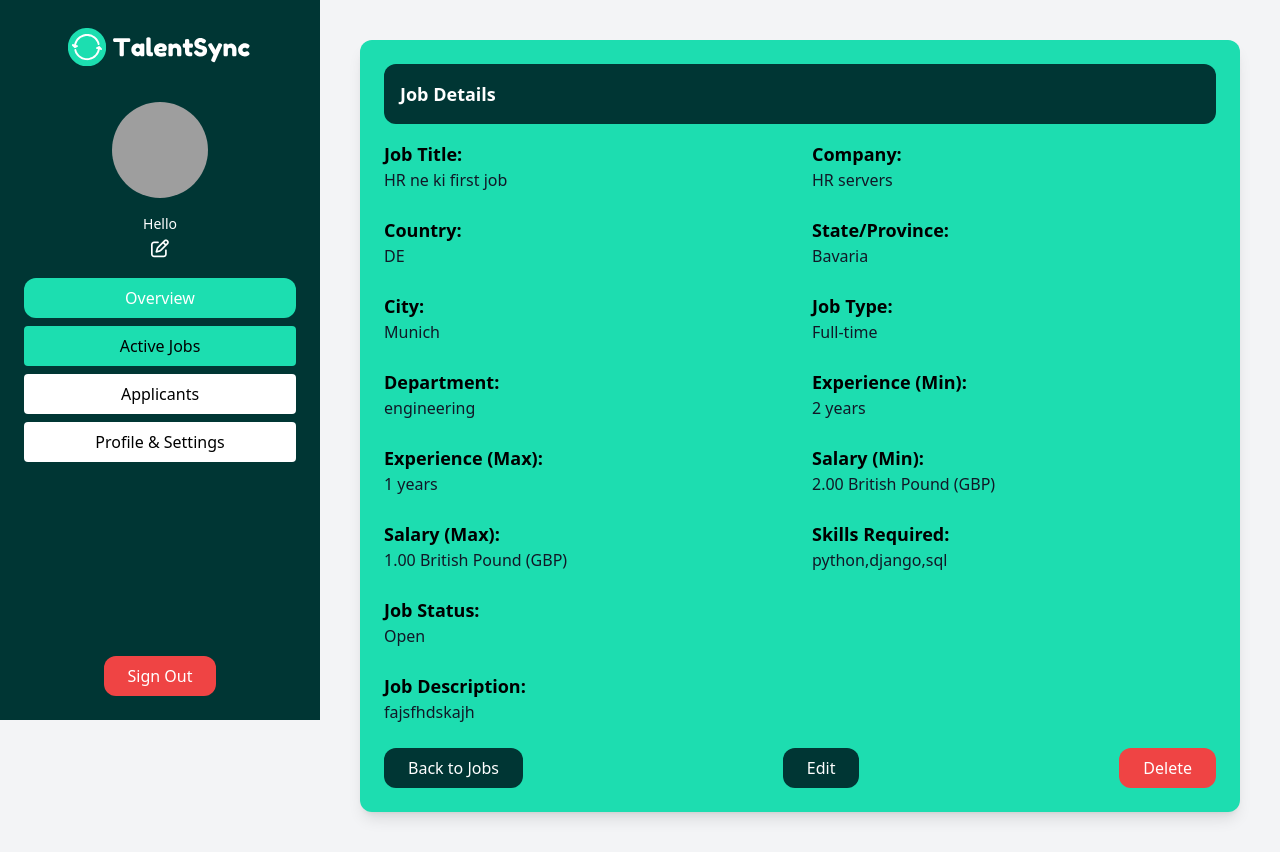
Repository: AbdullahScriptStudio/TalentSync
Page: http://localhost/recruiter/jobs/description/7/
The author's editor kept a copy of each file at every save. The page is drawn from the files as they stood at one save, then again after the next save.
The browser window is 1280 px wide. The pictures show the whole page.
Pictures or frames that could not be fetched are drawn as grey boxes. Some web libraries are served in a nearby version. The page is served by the project's application, run on Django 5.2 (manage.py). The first stored user is signed in. Other server files are loaded and not shown. The page reads the database file committed with the project.

Above is the page before, as saved 2025-03-26 23:16:11.

### recruiter/templates/recruiter/job_description.html
<!DOCTYPE html>
<html lang="en">
{% load static %}

<head>
    <meta charset="UTF-8">
    <meta name="viewport" content="width=device-width, initial-scale=1.0">
    <script src="https://cdn.tailwindcss.com"></script>
    <link rel="stylesheet" href="https://cdnjs.cloudflare.com/ajax/libs/font-awesome/6.0.0-beta3/css/all.min.css">
    <title>Job Description</title>
</head>

<body class="bg-gray-100">
    <div class="flex min-h-screen">
        <!-- Sidebar -->
        <div class="bg-[#003634] text-white w-1/4 p-6 flex flex-col items-center fixed h-full">
            <div class="flex items-center mb-8">
                <img alt="TalentSync logo" class="w-48 h-auto" src="{% static 'images/logo.svg' %}" />
            </div>
            <img alt="Profile picture" class="w-24 h-24 rounded-full mb-4" src="{% static 'images/dog-profile.svg' %}" />
            <div class="text-center mb-4">
                <p class="text-sm">Hello</p>
                <p class="text-lg">{{ user.first_name }} {{ user.last_name }} <i class="fa-regular fa-pen-to-square"></i></p>
            </div>
            <nav class="flex flex-col w-full">
                <a href="{% url 'recruiter_dashboard' %}" class="bg-[#1cdeb0] text-white py-2 px-4 rounded-xl mb-2 text-center">Overview</a>
                <a href="{% url 'job_list' %}" class="bg-[#1cdeb0] text-black py-2 px-4 rounded mb-2 text-center">Active Jobs</a>
                <a href="#" class="bg-white text-black py-2 px-4 rounded mb-2 text-center">Applicants</a>
                <a href="#" class="bg-white text-black py-2 px-4 rounded mb-2 text-center">Profile &amp; Settings</a>
            </nav>
            <a href="{% url 'user_logout' %}" class="mt-auto bg-red-500 py-2 px-6 rounded-xl">Sign Out</a>
        </div>

        <!-- Main Content -->
        <div class="flex-1 p-10 ml-[25%] overflow-y-auto">
            <div class="bg-[#1dddb0] p-6 rounded-xl shadow-lg">
                <h2 class="text-lg font-bold mb-4 bg-[#003634] text-white p-4 rounded-xl">Job Details</h2>

                <!-- Job Information -->
                <div class="grid grid-cols-1 md:grid-cols-2 gap-6">
                    <div><label class="block text-lg font-semibold">Job Title:</label> <p class="text-gray-900">{{ job.title }}</p></div>
                    <div><label class="block text-lg font-semibold">Company:</label> <p class="text-gray-900">{{ job.company }}</p></div>
                    <div><label class="block text-lg font-semibold">Country:</label> <p class="text-gray-900">{{ job.country }}</p></div>
                    <div><label class="block text-lg font-semibold">State/Province:</label> <p class="text-gray-900">{{ job.state_province }}</p></div>
                    <div><label class="block text-lg font-semibold">City:</label> <p class="text-gray-900">{{ job.city }}</p></div>
                    <div><label class="block text-lg font-semibold">Job Type:</label> <p class="text-gray-900">{{ job.get_job_type_display }}</p></div>
                    <div><label class="block text-lg font-semibold">Department:</label> <p class="text-gray-900">{{ job.department }}</p></div>
                    <div><label class="block text-lg font-semibold">Experience (Min):</label> <p class="text-gray-900">{{ job.min_experience }} years</p></div>
                    <div><label class="block text-lg font-semibold">Experience (Max):</label> <p class="text-gray-900">{{ job.max_experience }} years</p></div>
                    <div><label class="block text-lg font-semibold">Salary (Min):</label> <p class="text-gray-900">{{ job.min_salary }} {{ job.get_salary_currency_display }}</p></div>
                    <div><label class="block text-lg font-semibold">Salary (Max):</label> <p class="text-gray-900">{{ job.max_salary }} {{ job.get_salary_currency_display }}</p></div>
                    <div><label class="block text-lg font-semibold">Skills Required:</label> <p class="text-gray-900">{{ job.skills_required }}</p></div>
                    <div><label class="block text-lg font-semibold">Job Status:</label> <p class="text-gray-900">{{ job.get_status_display }}</p></div>
                    <div class="col-span-2"><label class="block text-lg font-semibold">Job Description:</label> <p class="text-gray-900">{{ job.job_description }}</p></div>
                </div>

                <div class="flex justify-between mt-6">
                    <a href="{% url 'job_list' %}" class="bg-[#003634] text-white py-2 px-6 rounded-xl">Back to Jobs</a>
                    <a href="{% url 'job_edit' job.id %}" class="bg-[#003634] text-white py-2 px-6 rounded-xl">Edit</a>
                    <button onclick="showDeletePopup()" class="bg-red-500 text-white py-2 px-6 rounded-xl">Delete</button>
                </div>
            </div>
        </div>
    </div>

    <!-- Delete Confirmation Popup -->
    <div id="deletePopup" class="fixed inset-0 bg-gray-500 bg-opacity-50 flex justify-center items-center hidden">
        <div class="bg-white p-6 rounded-xl w-1/3 shadow-lg">
            <h3 class="text-lg font-bold text-gray-900">Are you sure you want to delete this job?</h3>
            <form id="deleteForm" method="POST" action="{% url 'job_delete' job.id %}">
                {% csrf_token %}
                <div class="flex justify-between mt-6">
                    <button type="submit" class="bg-red-500 text-white py-2 px-6 rounded-xl">Yes</button>
                    <button type="button" onclick="closeDeletePopup()" class="bg-[#003634] text-white py-2 px-6 rounded-xl">Cancel</button>
                </div>
            </form>
        </div>
    </div>

    <script>
        function showDeletePopup() {
            document.getElementById('deletePopup').classList.remove('hidden');
        }

        function closeDeletePopup() {
            document.getElementById('deletePopup').classList.add('hidden');
        }
    </script>
</body>
</html>

### people/models.py
from django.contrib.auth.models import AbstractUser
from django.db import models

class CustomUser(AbstractUser):
    USER_ROLES = [
        ('recruiter', 'Recruiter'),
        ('applicant', 'Applicant'),
    ]

    role = models.CharField(max_length=10, choices=USER_ROLES)
    profile_pic = models.ImageField(upload_to='profile_pics/', blank=True, null=True)
    company_name = models.CharField(max_length=255, blank=True, null=True)  # Only for recruiters
    resume = models.FileField(upload_to='resumes/', blank=True, null=True)  # Only for applicants

    def __str__(self):
        return self.username

### recruiter/models.py
from django.db import models
from django.conf import settings  # Import User model

class JobPost(models.Model):
    # Define a fixed country (Germany)
    COUNTRY = 'DE'

    JOB_TYPES = [
        ('full_time', 'Full-time'),
        ('part_time', 'Part-time'),
        ('contract', 'Contract'),
        ('freelance', 'Freelance'),
        ('temporary', 'Temporary'),
    ]

    # Define German states (Bundesländer)
    GERMAN_STATES = [
        ('Baden-Württemberg', 'Baden-Württemberg'),
        ('Bavaria', 'Bavaria'),
        ('Berlin', 'Berlin'),
        ('Brandenburg', 'Brandenburg'),
        ('Bremen', 'Bremen'),
        ('Hamburg', 'Hamburg'),
        ('Hesse', 'Hesse'),
        ('Lower Saxony', 'Lower Saxony'),
        ('Mecklenburg-Vorpommern', 'Mecklenburg-Vorpommern'),
        ('North Rhine-Westphalia', 'North Rhine-Westphalia'),
        ('Rhineland-Palatinate', 'Rhineland-Palatinate'),
        ('Saarland', 'Saarland'),
        ('Saxony', 'Saxony'),
        ('Saxony-Anhalt', 'Saxony-Anhalt'),
        ('Schleswig-Holstein', 'Schleswig-Holstein'),
        ('Thuringia', 'Thuringia'),
    ]

    # Define major cities for each state
    GERMAN_CITIES = [
        ('Berlin', 'Berlin'),
        ('Munich', 'Munich'),
        ('Hamburg', 'Hamburg'),
        ('Cologne', 'Cologne'),
        ('Frankfurt', 'Frankfurt'),
        ('Stuttgart', 'Stuttgart'),
        ('Düsseldorf', 'Düsseldorf'),
        ('Dortmund', 'Dortmund'),
        ('Essen', 'Essen'),
        ('Leipzig', 'Leipzig'),
    ]

    # Define available salary currencies
    CURRENCY_CHOICES = [
        ('EUR', 'Euro (EUR)'),
        ('USD', 'United States Dollar (USD)'),
        ('GBP', 'British Pound (GBP)'),
        ('AUD', 'Australian Dollar (AUD)'),
        ('CAD', 'Canadian Dollar (CAD)'),
    ]

    JOB_STATUS = [
        ('open', 'Open'),
        ('closed', 'Closed'),
        ('paused', 'Paused'),
    ]

    recruiter = models.ForeignKey(
        settings.AUTH_USER_MODEL,
        on_delete=models.CASCADE,
        related_name="job_posts"
    )  # Ensure job is linked to a recruiter

    title = models.CharField(max_length=255)
    country = models.CharField(max_length=2, default=COUNTRY)
    state_province = models.CharField(choices=GERMAN_STATES, max_length=100)
    city = models.CharField(choices=GERMAN_CITIES, max_length=100)
    company = models.CharField(max_length=255)
    job_type = models.CharField(choices=JOB_TYPES, max_length=50)
    department = models.CharField(max_length=100)
    min_experience = models.PositiveIntegerField()
    max_experience = models.PositiveIntegerField()
    min_salary = models.DecimalField(max_digits=10, decimal_places=2)
    max_salary = models.DecimalField(max_digits=10, decimal_places=2)
    salary_currency = models.CharField(choices=CURRENCY_CHOICES, max_length=3, default='EUR')
    skills_required = models.CharField(max_length=500)
    job_description = models.TextField()
    posted_at = models.DateTimeField(auto_now_add=True)
    status = models.CharField(choices=JOB_STATUS, max_length=10, default='open')

    def __str__(self):
        return f"{self.title} - {self.company} (Posted by {self.recruiter.username})"






class Application(models.Model):
    job_post = models.ForeignKey(JobPost, on_delete=models.CASCADE)
    applicant_name = models.CharField(max_length=255)
    applicant_email = models.EmailField()
    resume = models.FileField(upload_to='resumes/')
    cover_letter = models.TextField(blank=True)  # Optional cover letter field
    applied_at = models.DateTimeField(auto_now_add=True)

    def __str__(self):
        return f"Application from {self.applicant_name} for {self.job_post.title}"

### recruiter/views.py
from django.shortcuts import render, redirect, get_object_or_404
from django.contrib.auth.decorators import login_required
from django.core.paginator import Paginator
from django.contrib import messages
from recruiter.forms import JobPostForm
from recruiter.models import JobPost
from people.models import CustomUser  # Import the user model
from django.http import HttpResponseForbidden

def is_recruiter(user):
    """Helper function to check if the user is a recruiter."""
    return user.is_authenticated and user.role == "recruiter"

# 🔹 Recruiter Dashboard (Shows Only Recruiter's Jobs)
@login_required
def recruiter_dashboard(request):
    if request.user.role != 'recruiter':  # Ensure only recruiters access this view
        messages.error(request, "Unauthorized access.")
        return redirect('job_list')  # Redirect unauthorized users

    recruiter = request.user
    total_jobs = JobPost.objects.filter(recruiter=recruiter).count()
    total_applicants = 232  # Placeholder (update if needed)

    # Fetch only the recruiter's jobs
    recent_jobs = JobPost.objects.filter(recruiter=recruiter).order_by('-posted_at')[:4]

    # Get job status counts for this recruiter
    open_jobs = JobPost.objects.filter(recruiter=recruiter, status="open").count()
    closed_jobs = JobPost.objects.filter(recruiter=recruiter, status="closed").count()
    paused_jobs = JobPost.objects.filter(recruiter=recruiter, status="paused").count()

    context = {
        "total_jobs": total_jobs,
        "total_applicants": total_applicants,
        "recent_jobs": recent_jobs,
        "open_jobs": open_jobs,
        "closed_jobs": closed_jobs,
        "paused_jobs": paused_jobs,
    }
    return render(request, "recruiter/recruiter_dashboard.html", context)


# 🔹 Job List (Applicants See All, Recruiters See Their Jobs)
@login_required
def job_list(request):
    if request.user.role == 'recruiter':
        job_posts = JobPost.objects.filter(recruiter=request.user).order_by('-posted_at')
    else:
        job_posts = JobPost.objects.all().order_by('-posted_at')

    print(f"Jobs found: {job_posts.count()}")  # Debugging: Check if jobs exist

    paginator = Paginator(job_posts, 8)
    page_number = request.GET.get('page')
    page_obj = paginator.get_page(page_number)

    return render(request, 'recruiter/job_list.html', {
        'page_obj': page_obj
    })

# 🔹 Job Creation (Only Recruiters)
@login_required
def job_create_combined(request):
    if not is_recruiter(request.user):
        return HttpResponseForbidden("Only recruiters can post jobs.")

    if request.method == 'POST':
        form = JobPostForm(request.POST)
        if form.is_valid():
            job_post = form.save(commit=False)
            job_post.recruiter = request.user  # Assign recruiter
            job_post.status = 'open'
            job_post.save()
            return redirect('job_list')
    else:
        form = JobPostForm()

    return render(request, 'recruiter/job_form_combined.html', {'form': form})


# 🔹 Job Edit (Only Recruiter Who Created It)

@login_required
def job_edit(request, id):
    job = get_object_or_404(JobPost, id=id)

    # 🚨 Ensure the logged-in recruiter is the job's owner
    if job.recruiter != request.user:
        messages.error(request, "You are not authorized to edit this job.")
        return redirect('recruiter_dashboard')  # Redirect unauthorized users

    if request.method == 'POST':
        form = JobPostForm(request.POST, instance=job)
        if form.is_valid():
            form.save()
            messages.success(request, "Job updated successfully!")
            return redirect('job_description', job_id=job.id)
        else:
            print(form.errors)  # Debugging errors
    else:
        form = JobPostForm(instance=job)

    return render(request, 'recruiter/job_edit.html', {'form': form, 'job': job})


# 🔹 Job Delete (Only Recruiter Who Created It)
@login_required
def job_delete(request, id):
    job = get_object_or_404(JobPost, id=id)

    # 🚨 Ensure the logged-in recruiter is the job's owner
    if job.recruiter != request.user:
        messages.error(request, "You are not authorized to delete this job.")
        return redirect('recruiter_dashboard')  # Redirect unauthorized users

    job.delete()
    messages.success(request, "Job deleted successfully.")
    return redirect('job_list')


# View to show details of a single job post
def job_description(request, job_id):  # ✅ Match with URL pattern
    job = get_object_or_404(JobPost, id=job_id)
    return render(request, 'recruiter/job_description.html', {'job': job})

### talentsync/urls.py
"""
URL configuration for talentsync project.

The `urlpatterns` list routes URLs to views. For more information please see:
    https://docs.djangoproject.com/en/5.1/topics/http/urls/
Examples:
Function views
    1. Add an import:  from my_app import views
    2. Add a URL to urlpatterns:  path('', views.home, name='home')
Class-based views
    1. Add an import:  from other_app.views import Home
    2. Add a URL to urlpatterns:  path('', Home.as_view(), name='home')
Including another URLconf
    1. Import the include() function: from django.urls import include, path
    2. Add a URL to urlpatterns:  path('blog/', include('blog.urls'))
"""
from django.contrib import admin
from django.urls import path, include
from django.conf import settings
from django.conf.urls.static import static

urlpatterns = [
    path('admin/', admin.site.urls),
    path('recruiter/', include('recruiter.urls')),
    #path('applicant/', include('applicant.urls')),
    path('people/', include('people.urls')),
]


if settings.DEBUG:
    urlpatterns += static(settings.MEDIA_URL, document_root=settings.MEDIA_ROOT)

### recruiter/urls.py
from django.urls import path
from . import views
from django.conf.urls.static import static
from django.conf import settings



urlpatterns = [

    #adding new job
    #path('create/step1/', views.job_create_step1, name='job_create_step1'),
    #path('create/step2/', views.job_create_step2, name='job_create_step2'),
    #path('create/step3/', views.job_create_step3, name='job_create_step3'),
    path('job/post/', views.job_create_combined, name='job_create_combined'),
    #path('create/success/', views.job_post_success, name='job_post_success'), #to show job posted successfully
    path('jobs/', views.job_list, name='job_list'),
    path('jobs/description/<int:job_id>/', views.job_description, name='job_description'),
    path('job/edit/<int:id>/', views.job_edit, name='job_edit'),
    path('job/delete/<int:id>/', views.job_delete, name='job_delete'),
    path('dashboard/', views.recruiter_dashboard, name='recruiter_dashboard'),
]



if settings.DEBUG:
    urlpatterns += static(settings.MEDIA_URL, document_root=settings.MEDIA_ROOT)

### people/urls.py
from django.urls import path
from .views import register, user_login, user_logout, dashboard_redirect

urlpatterns = [
    path('register/', register, name='register'),
    path('login/', user_login, name='user_login'),
    path('logout/', user_logout, name='user_logout'),
    path('dashboard/', dashboard_redirect, name='dashboard_redirect'),
]

### db.sqlite3 (the tables this page reads, as SQL)
CREATE TABLE "people_customuser" ("id" integer NOT NULL PRIMARY KEY AUTOINCREMENT, "password" varchar(128) NOT NULL, "last_login" datetime NULL, "is_superuser" bool NOT NULL, "username" varchar(150) NOT NULL UNIQUE, "first_name" varchar(150) NOT NULL, "last_name" varchar(150) NOT NULL, "email" varchar(254) NOT NULL, "is_staff" bool NOT NULL, "is_active" bool NOT NULL, "date_joined" datetime NOT NULL, "profile_pic" varchar(100) NULL, "company_name" varchar(255) NULL, "resume" varchar(100) NULL, "role" varchar(10) NOT NULL);
INSERT INTO "people_customuser" VALUES
(1, 'pbkdf2_sha256$870000$qBBK696d30yjNL2ocJj62d$QDSpbAY/yODEqg/yOIsJT+dZw8aZAVn3/dQulVb7Dk0=', '2025-03-26 18:31:21.846286', 1, 'noor', '', '', 'noor@gmail.com', 1, 1, '2025-03-26 15:57:12.373148', '', NULL, NULL, 'applicant'),
(2, 'pbkdf2_sha256$870000$ZsIPv0WTTKIDoas8zbxgRk$YHaEi4+NgpH9DvF/zG4TcOHGS/Ord9Es9oNqH/C0JnI=', '2025-03-26 17:02:42.853362', 0, 'abdullah', '', '', 'abdullah@mail.com', 0, 1, '2025-03-26 16:13:53.407837', 'profile_pics/TalentSync__image_1.png', NULL, NULL, 'recruiter'),
(3, 'pbkdf2_sha256$870000$GqKdTd6lnd1dHaw8gXL0ed$hP0mymPQCZv6MkpkpqYTve24iNOdJ3clg7r4c7PG51s=', '2025-03-26 17:17:03.429805', 0, 'khan', '', '', 'khan@gmail.com', 0, 1, '2025-03-26 16:25:20.512813', 'profile_pics/MLSA_Pakistans_day_post_1.png', 'khanzada', '', 'recruiter'),
(4, 'pbkdf2_sha256$870000$O5u1IuEPcTEESXDyXLpEDK$NFh56dppU+g78vFJWrWNdv6uoJ6bdRqY7Pkf3vI+Po8=', '2025-03-26 18:32:55.433276', 0, 'hr', '', '', 'hr@gmail.com', 0, 1, '2025-03-26 17:47:22.588938', 'profile_pics/MLSA_Pakistans_day_post.png', 'Hr servers', '', 'recruiter');

CREATE TABLE "recruiter_jobpost" ("id" integer NOT NULL PRIMARY KEY AUTOINCREMENT, "title" varchar(255) NOT NULL, "country" varchar(2) NOT NULL, "state_province" varchar(100) NOT NULL, "city" varchar(100) NOT NULL, "company" varchar(255) NOT NULL, "job_type" varchar(50) NOT NULL, "department" varchar(100) NOT NULL, "min_experience" integer unsigned NOT NULL CHECK ("min_experience" >= 0), "max_experience" integer unsigned NOT NULL CHECK ("max_experience" >= 0), "min_salary" decimal NOT NULL, "max_salary" decimal NOT NULL, "salary_currency" varchar(3) NOT NULL, "skills_required" varchar(500) NOT NULL, "job_description" text NOT NULL, "posted_at" datetime NOT NULL, "status" varchar(10) NOT NULL, "recruiter_id" bigint NOT NULL REFERENCES "people_customuser" ("id") DEFERRABLE INITIALLY DEFERRED);
INSERT INTO "recruiter_jobpost" VALUES
(2, 'hello', 'DE', 'Bavaria', 'Munich', 'working', 'full_time', 'engineering', 1, 2, 21, 12, 'EUR', 'hello, world', 'djfkas', '2025-03-26 15:59:19.478275', 'open', 1),
(3, 'ye meri hai', 'DE', 'Bavaria', 'Munich', 'meri company', 'full_time', 'engineering', 3, 2, 1, 3, 'USD', 'python,django,sql', 'faskjfh', '2025-03-26 16:29:41.690749', 'open', 1),
(4, 'khan ki job', 'DE', 'Bavaria', 'Munich', 'sher khan', 'full_time', 'engineering', 1, 2, 2, 2, 'EUR', 'python,django,sql', 'jfakjsdsh', '2025-03-26 17:04:09.638566', 'open', 3),
(5, 'data engineer', 'DE', 'Bavaria', 'Munich', 'dsjfa', 'full_time', 'engineering', 21, 23, 24, 23, 'EUR', 'kafk, fakljflas', 'jlkadfj', '2025-03-26 17:09:36.334966', 'open', 3),
(6, 'test job', 'DE', 'Bavaria', 'Munich', 'safdjkl', 'full_time', 'engineering', 2, 2, 2, 2, 'EUR', 'fjak,dfas', 'dfakj', '2025-03-26 17:17:59.062919', 'open', 3),
(7, 'HR ne ki first job', 'DE', 'Bavaria', 'Munich', 'HR servers', 'full_time', 'engineering', 2, 1, 2, 1, 'GBP', 'python,django,sql', 'fajsfhdskajh', '2025-03-26 17:49:00.057021', 'open', 4);

Loaded but not shown: static/images/logo.svg (1 lines, source omitted)

After the next save:
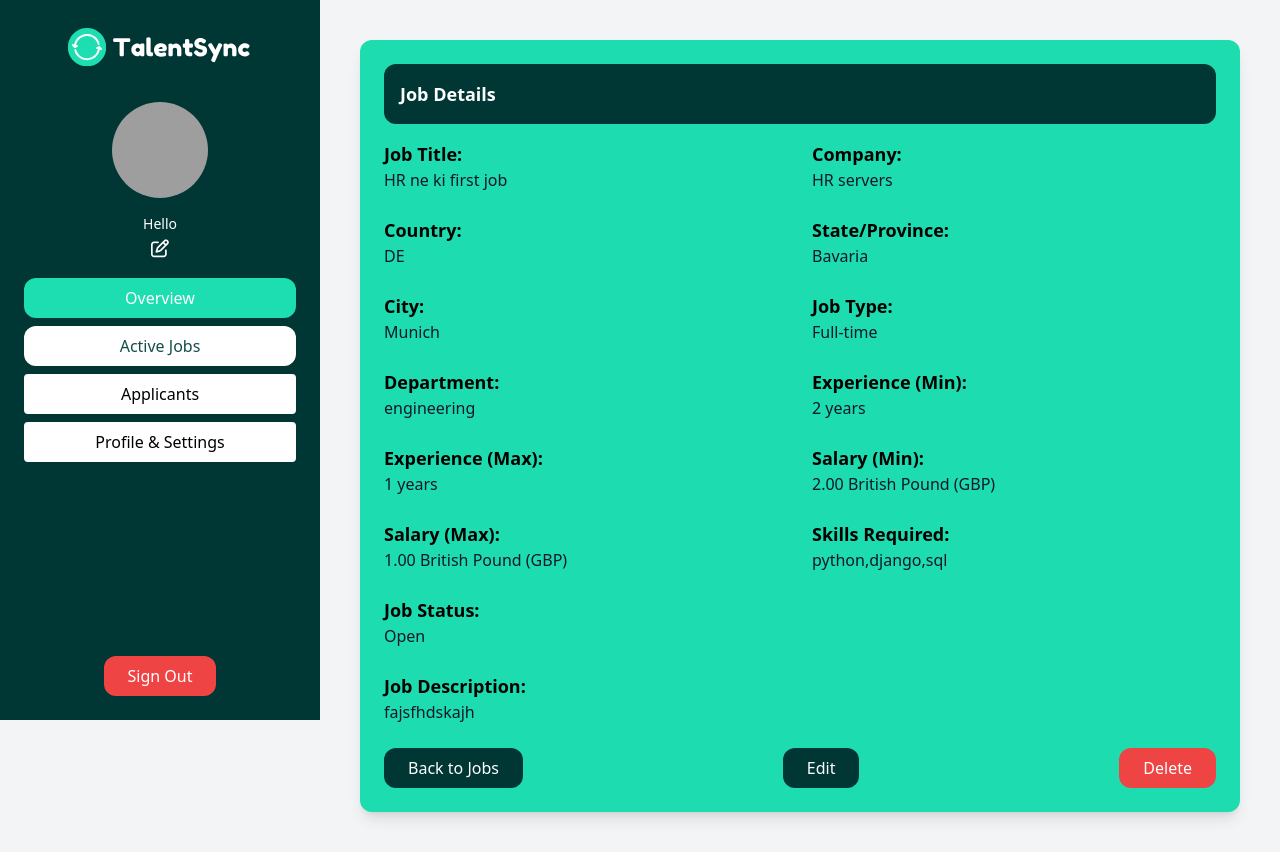
Saved 5 s later.
--- a/recruiter/templates/recruiter/job_description.html
+++ b/recruiter/templates/recruiter/job_description.html
@@ -24,7 +24,7 @@
             </div>
             <nav class="flex flex-col w-full">
                 <a href="{% url 'recruiter_dashboard' %}" class="bg-[#1cdeb0] text-white py-2 px-4 rounded-xl mb-2 text-center">Overview</a>
-                <a href="{% url 'job_list' %}" class="bg-[#1cdeb0] text-black py-2 px-4 rounded mb-2 text-center">Active Jobs</a>
+                <a href="{% url 'job_list' %}" class="bg-white text-teal-900 py-2 px-4 rounded-xl mb-2 text-center">Active Jobs</a>
                 <a href="#" class="bg-white text-black py-2 px-4 rounded mb-2 text-center">Applicants</a>
                 <a href="#" class="bg-white text-black py-2 px-4 rounded mb-2 text-center">Profile &amp; Settings</a>
             </nav>
